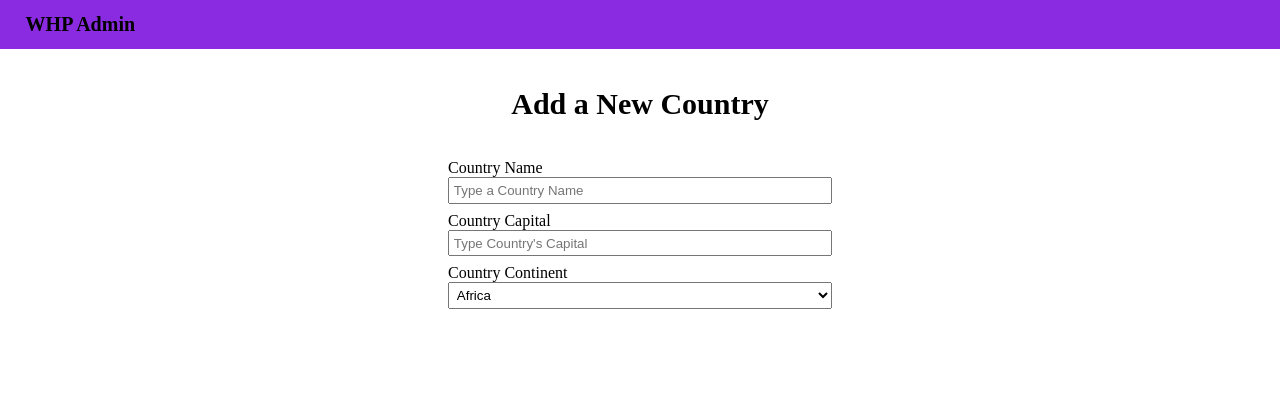
Repository: sabinaPetrisor/World_Hour_Project
Page: http://localhost/WorldHourProject/jsp/add-country.jsp
These files come from the project's save history. The page is drawn as it stood at one moment and after the next save; the edit follows.
The browser window is 1280 px wide. The pictures show the whole page.
The page is served by Tomcat 9. Other server files are loaded and not shown.

Above is the page before, as saved 2023-08-04 13:03:17.

### WorldHourProject/src/main/webapp/jsp/add-country.jsp
<%@ page language="java" contentType="text/html; charset=UTF-8"
    pageEncoding="UTF-8"%>
<!DOCTYPE html>
<html>
<head>
	<meta name="viewport" content="width=device-width, initial-scale=1" charset="UTF-8">
	<title>World Hour Project Add Country</title>
	<style> <%@include file="../css/navbar.css" %> </style>
	<style> <%@include file="../css/admin.css" %> </style>
	<style> <%@include file="../css/add-page-admin.css" %> </style>
</head>
<body>
	<%@include file="navbar.jsp" %>

	<div class="content-container">
		<p class="content-container-title">Add a New Country</p>
		<div class="add-form-container">
			<form class="add-form">
				<label for="cname">Country Name</label>
				<input type="text" placeholder="Type a Country Name" class="insert-text" id="cname" name="country-name">
				<label for="ccapital">Country Capital</label>
				<input type="text" placeholder="Type Country's Capital" class="insert-text" id="ccapital" name="country-capital">
				<label for="ccontinent">Country Continent</label>
				<select class="option-selection" id="ccontinent" name="country-continent">
					<option value="africa">Africa</option>
					<option value="america">America</option>
					<option value="asia">Asia</option>
					<option value="atlantic">Atlantic</option>
					<option value="australia">Australia</option>
					<option value="europe">Europe</option>
					<option value="indian">Indian</option>
					<option value="pacific">Pacific</option>
				</select>
			</form>
		</div>
	</div>
</body>
</html>

### WorldHourProject/src/main/webapp/css/navbar.css
.header-container {
	position: relative;
	width: 100%;
	background-color: blueviolet;
	display: flex;
}

.header-title {
	padding-top: 1%;
	padding-bottom: 1%;
	margin-left: 2%;
	margin-right: 2%;
}

.home-page-title {
	font-size: 20px;
	font-weight: bold;
	width: auto;
}

.home-page-title:hover {
	color: cadetblue;
	cursor: pointer;
}

### WorldHourProject/src/main/webapp/css/admin.css
@charset "UTF-8";
* {
	margin: 0;
	width: 100%;
}

.content-container {
	margin-top: 3%;
}

.content-container-title {
	text-align: center;
	font-size: 30px;
	font-weight: bold;
	margin-bottom: 3%;
}

.btn-container {
	display: flex;
	justify-content: center;
}

.add-button {
	padding: 1%;
	margin-bottom: 3%;
	background-color: blueviolet;
	border: none;
	text-align: center;
	font-weight: bold;
	width:auto;
	cursor: pointer;
}

.tbl {
	margin: 0 auto;
	border-collapse: collapse;
	table-layout: auto;
	width: auto;

}

.tbl-col-names {
	border: 2px solid blueviolet;
	background-color: blueviolet;
}

.tbl td, .tbl-col-names th {
  border: 1px solid #dddddd;
  text-align: center;
  width: auto;
}

.tbl tr:nth-child(even) {
  background-color: #dddddd;
}

### WorldHourProject/src/main/webapp/css/add-page-admin.css
@charset "UTF-8";
* {
	margin: 0;
	width: 100%;
}

.add-form-container {
	display: flex;
	justify-content: center;
}

.add-form {
	width: 30%;
}

.insert-text, .option-selection {
	margin-bottom: 2%;
	padding: 1%;
	box-sizing: border-box;
	border: 2% solid palevioletred;
}

### WorldHourProject/src/main/webapp/jsp/navbar.jsp
<div class="header-container">
	<div class="header-title">
		<span class="home-page-title">WHP Admin</span>
	</div>
</div>

After the next save:
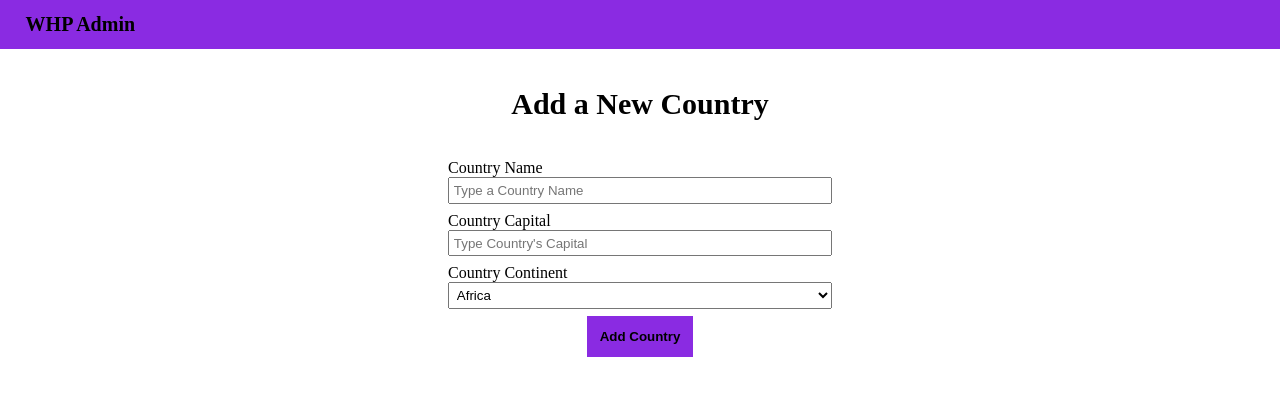
Saved 111 s later.
--- a/WorldHourProject/src/main/webapp/jsp/add-country.jsp
+++ b/WorldHourProject/src/main/webapp/jsp/add-country.jsp
@@ -33,6 +33,9 @@
 				</select>
 			</form>
 		</div>
+		<div class="btn-container">
+			<button class="add-button">Add Country</button>
+		</div>
 	</div>
 </body>
 </html>
